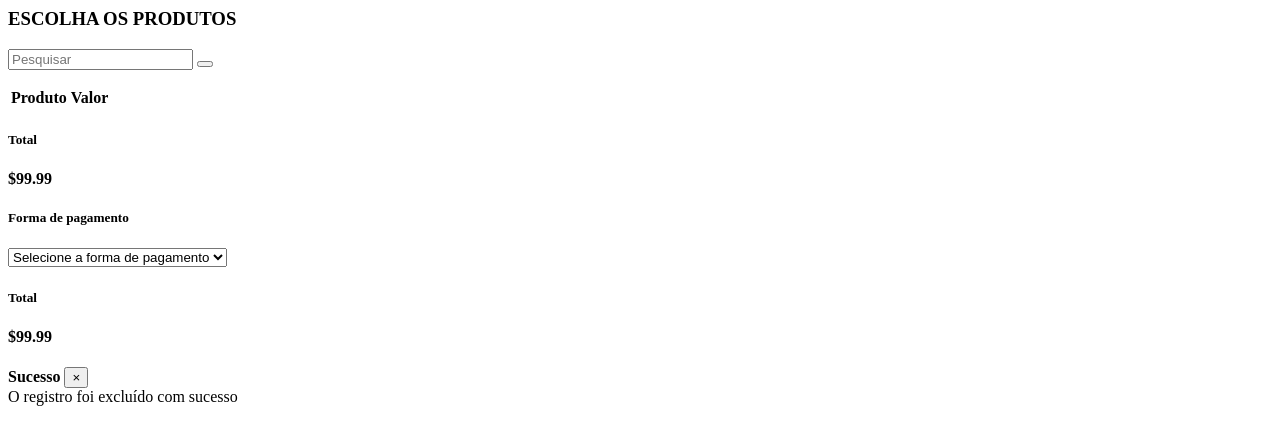
Repository: leobritto-sudo/pokemon-center
Page: http://localhost/App/Views/sale/index.phtml
An editor plug-in stored every save of this project. The page is shown before and after the next save, followed by the edit.
The browser window is 1280 px wide. The pictures show the whole page.
The page is run by PHP 8.4 with error messages shown; the project is at /var/www/html/.

Above is the page before, as saved 2022-11-18 15:59:09.

### App/Views/sale/index.phtml
<div id="category" class="container py-4">
    <header>
        <h3 class="font-weight-bold text-dark"><i class="fas fa-certificate pr-1"></i> ESCOLHA OS PRODUTOS</h3>
    </header>

    <form action="/category-consult" class="form-inline mt-5 form-search">
        <input class="form-control mr-sm-2" type="search" name="search" placeholder="Pesquisar" aria-label="Pesquisar">
        <button class="btn-search" type="submit">
            <i class="fas fa-search fa-lg"></i>
        </button>
    </form>

    <table class="table table-sm table-consult mt-1">
        <thead>
            <tr class="bg-danger">
                <th class="text-light">Produto</th>
                <th class="text-light">Valor</th>
            </tr>
        </thead>
        <tbody>

        </tbody>
    </table>

    <div class="d-flex justify-content-center">
        <div class="col-4">
            <div class="card">
                <div class="card-header">
                    <h5 class="font-weight-bold">Total</h5>
                </div>
                <div class="card-body">
                    <h4 class="text-center">$99.99</h4>
                </div>
            </div>
        </div>
        <div class="col-4">
            <div class="card">
                <div class="card-header">
                    <h5 class="font-weight-bold">Forma de pagamento</h5>
                </div>
                <div class="card-body">
                    <select name="forma-pagamento" id="forma-pagamento" class="form-control">
                        <option value="">Selecione a forma de pagamento</option>
                        <option value="">Dinheiro</option>
                        <option value="">Débito</option>
                        <option value="">Crédito</option>
                    </select>
                </div>
            </div>
        </div>
        <div class="col-4">
            <div class="card">
                <div class="card-header">
                    <h5 class="font-weight-bold">Total</h5>
                </div>
                <div class="card-body">
                    <h4 class="text-center">$99.99</h4>
                </div>
            </div>
        </div>
    </div>

    <div class="toast-wrapper d-none">
        <div class="toast" role="alert">
            <div class="toast-header bg-success">
                <strong class="mr-auto">Sucesso</strong>
                <button type="button" class="ml-2 mb-1 close" data-dismiss="toast" aria-label="Close">
                    <span aria-hidden="true">&times;</span>
                </button>
            </div>
            <div class="toast-body">
                O registro foi excluído com sucesso
            </div>
        </div>
    </div>
</div>

After the next save:
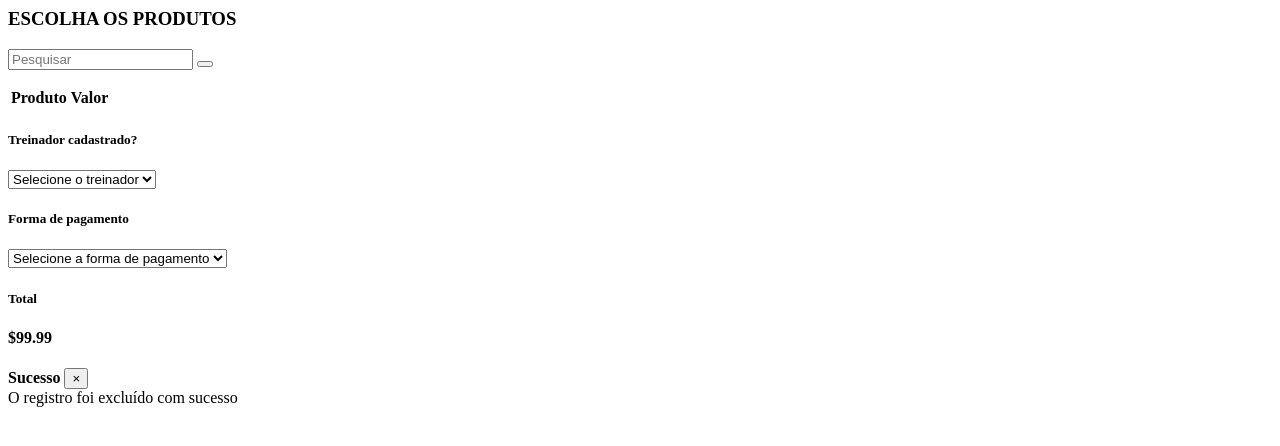
Saved 100 s later.
--- a/App/Views/sale/index.phtml
+++ b/App/Views/sale/index.phtml
@@ -26,10 +26,15 @@
         <div class="col-4">
             <div class="card">
                 <div class="card-header">
-                    <h5 class="font-weight-bold">Total</h5>
+                    <h5 class="font-weight-bold">Treinador cadastrado?</h5>
                 </div>
                 <div class="card-body">
-                    <h4 class="text-center">$99.99</h4>
+                    <select name="treinador" id="treinador" class="form-control">
+                        <option value="">Selecione o treinador</option>
+                        <option value="">Treinador 1</option>
+                        <option value="">Treinador 2</option>
+                        <option value="">Treinador 3</option>
+                    </select>
                 </div>
             </div>
         </div>
